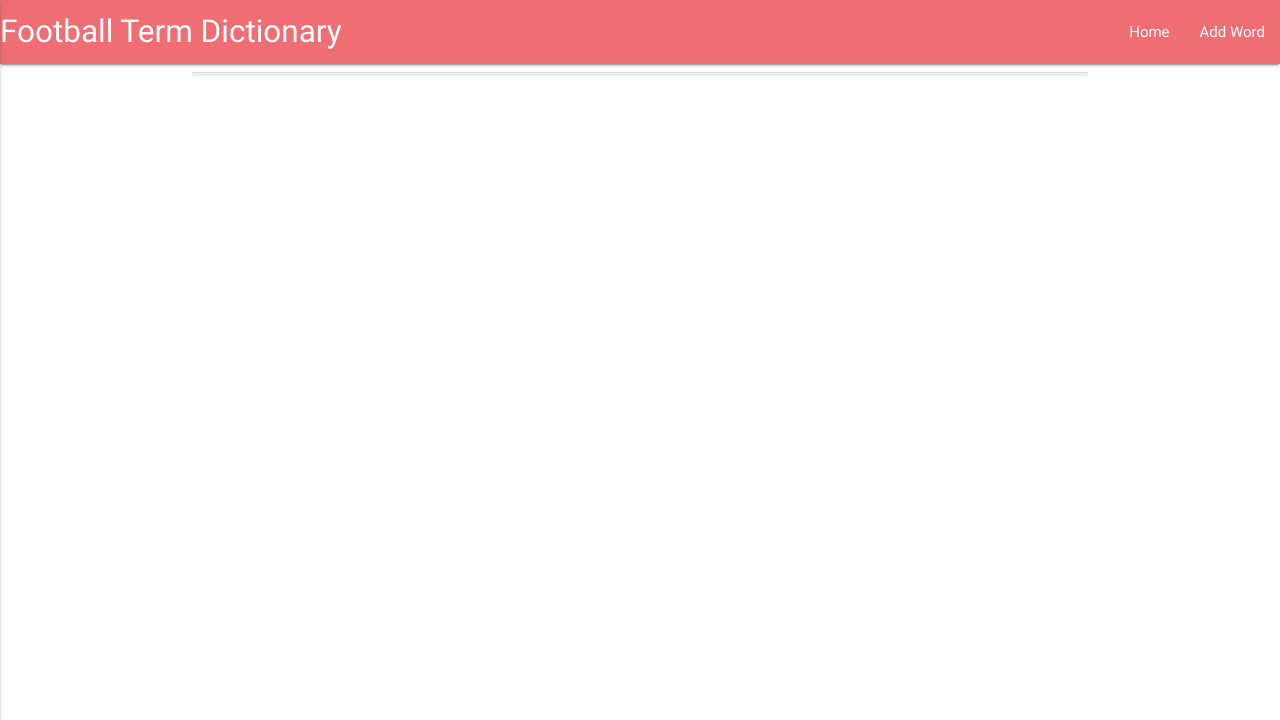
Repository: BLMcDonald/Milestone3
Page: http://localhost/
The author's editor kept a record of every edit. The page is drawn from the files as they stood at one moment, then again after the next edit.
The browser window is 1280 px wide. The pictures show the whole page.
Some web libraries are served in a nearby version. The page is served by the project's application, run on Flask 3 (app.py). Queries for data that is not in the repository find no rows.

Above is the page before.

After the next edit:
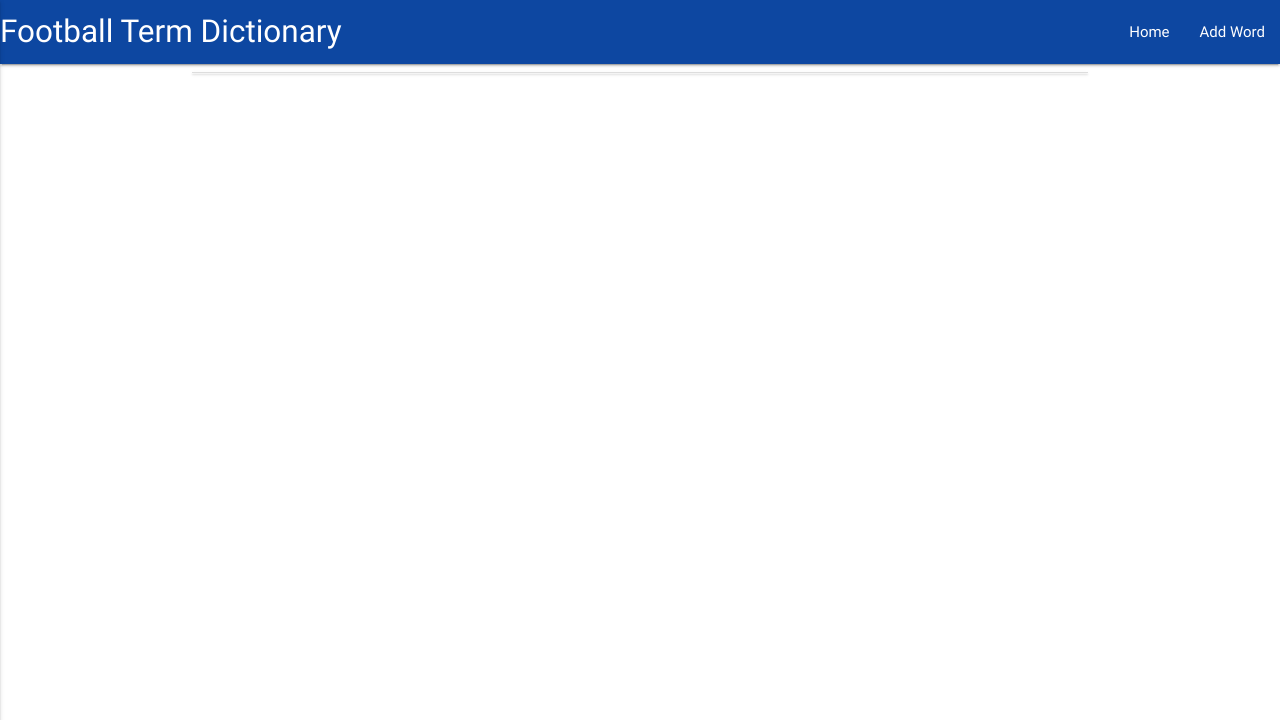
The edit:
--- a/templates/base.html
+++ b/templates/base.html
@@ -8,7 +8,7 @@
 <body>
     <header>
         <nav>
-            <div class="nav-wrapper">
+            <div class="nav-wrapper blue darken-4">
                 <a href="{{url_for('get_words')}}" class="brand-logo">Football Term Dictionary</a>
                 <a href="#" data-activates="mobile-demo" class="button-collapse"><i class="material-icons">menu</i></a>
                 <ul id="nav-mobile" class="right hide-on-med-and-down">
